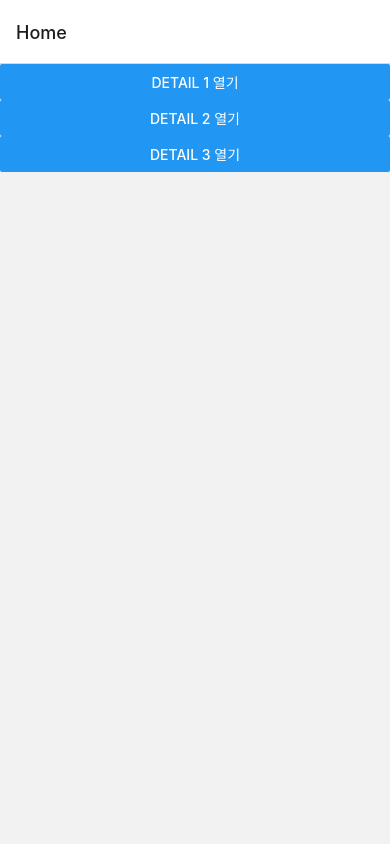
Repository: H-Rn-Study/haebzzang
Screen: / (app in LearnReactNavigation/)
These files come from the project's save history. The screen is drawn as it stood at one moment and after the next save; the edit follows.
The app was drawn by React Native's web renderer in a window 390 px wide. The project was rebuilt for these pictures with package versions that can differ from the ones it lists, and the page was loaded fresh each time. Also part of the build but not shown: LearnReactNavigation/screen/DetailScreen.js.

Above is the screen before, as saved 2022-11-01 20:41:38.

### LearnReactNavigation/App.js
import React from 'react';
import {NavigationContainer} from '@react-navigation/native';
import {createNativeStackNavigator} from '@react-navigation/native-stack';
import HomeScreen from './screen/HomeScreen';
import DetailScreen from './screen/DetailScreen';

const Stack = createNativeStackNavigator();

function App() {
  return <NavigationContainer>
    <Stack.Navigator initialRouteName = "Home">
      <Stack.Screen name = "Home" component = {HomeScreen} />
      <Stack.Screen name = "Detail" component = {DetailScreen} />
    </Stack.Navigator>
    </NavigationContainer>
}

export default App;

### LearnReactNavigation/screen/HomeScreen.js
import React from 'react';
import {View, Button} from 'react-native';

function HomeScreen({navigation}) {
    return (
        <View>
            <Button
            title = "Detail 1 열기"
            onPress = {() => navigation.push('Detail', {id : 1})}/>
            <Button
            title = "Detail 2 열기"
            onPress = {() => navigation.push('Detail', {id : 2})} />
            <Button
            title = "Detail 3 열기"
            onPress = {() => navigation.push('Detail', {id : 3})} />
        </View>
    );
}

export default HomeScreen;

After the next save:
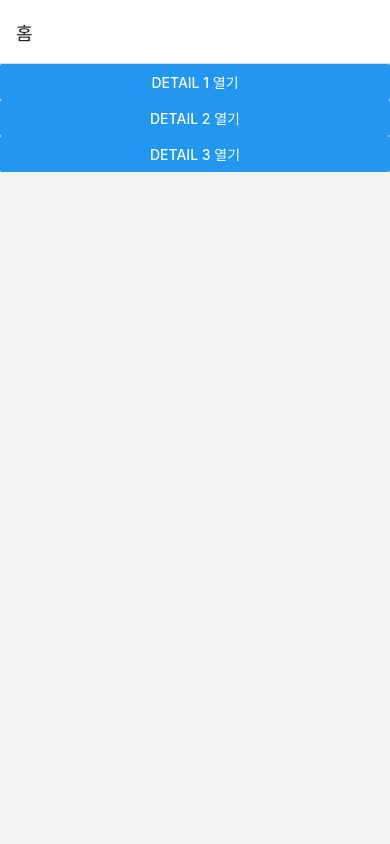
Saved 58 s later.
--- a/LearnReactNavigation/App.js
+++ b/LearnReactNavigation/App.js
@@ -9,7 +9,7 @@ const Stack = createNativeStackNavigator();
 function App() {
   return <NavigationContainer>
     <Stack.Navigator initialRouteName = "Home">
-      <Stack.Screen name = "Home" component = {HomeScreen} />
+      <Stack.Screen name = "Home" component = {HomeScreen} options = {{title : '홈'}}/>
       <Stack.Screen name = "Detail" component = {DetailScreen} />
     </Stack.Navigator>
     </NavigationContainer>
